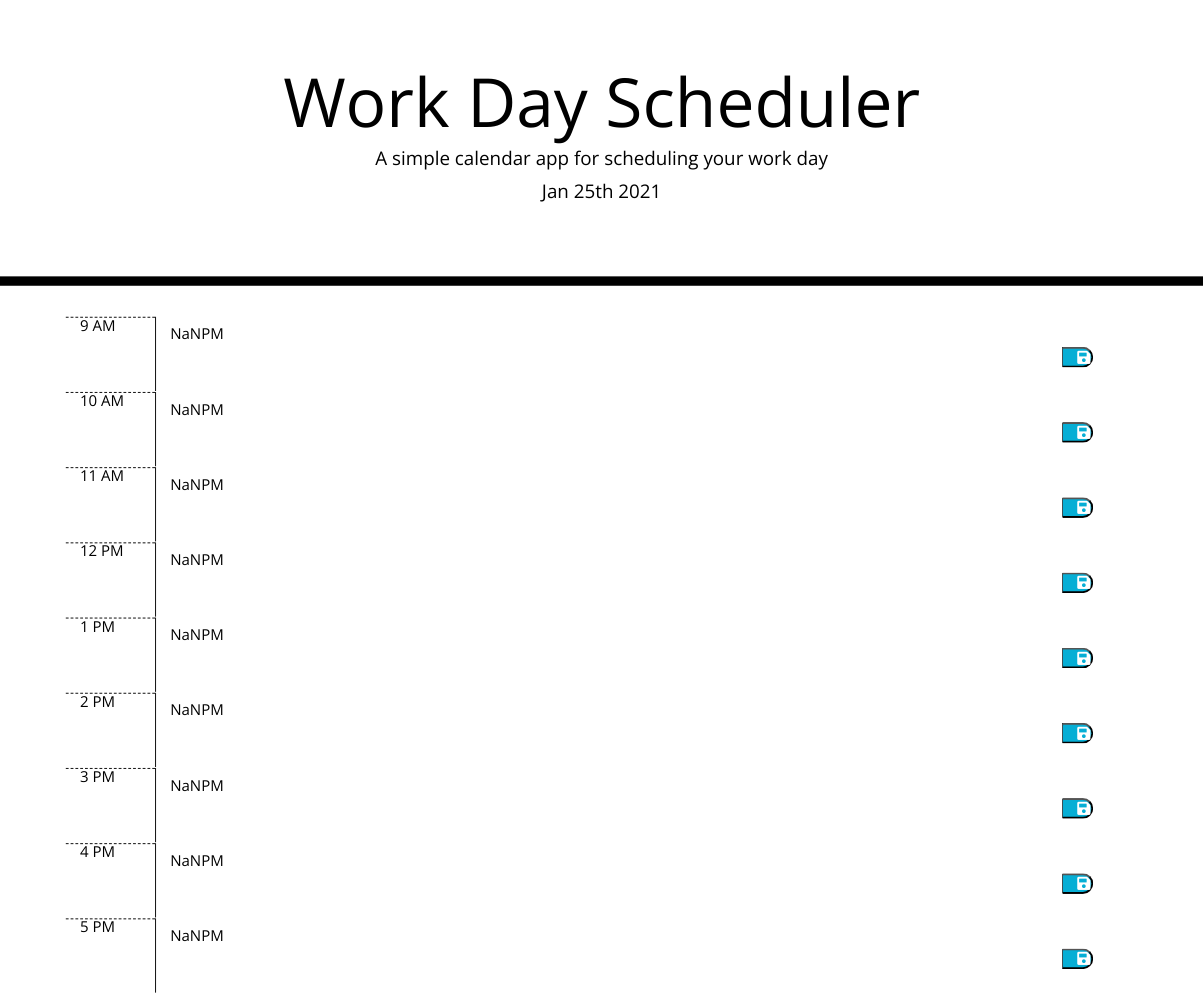
Repository: UPye/workDayScheduler
Page: index.html
The author's editor kept a copy of each file at every save. The page is drawn from the files as they stood at one save, then again after the next save.
The browser window is 1280 px wide. The pictures show the whole page, at 94% of full size.
Some web libraries are served in a nearby version.

Above is the page before, as saved 2021-01-25 21:58:53.

After the next save:
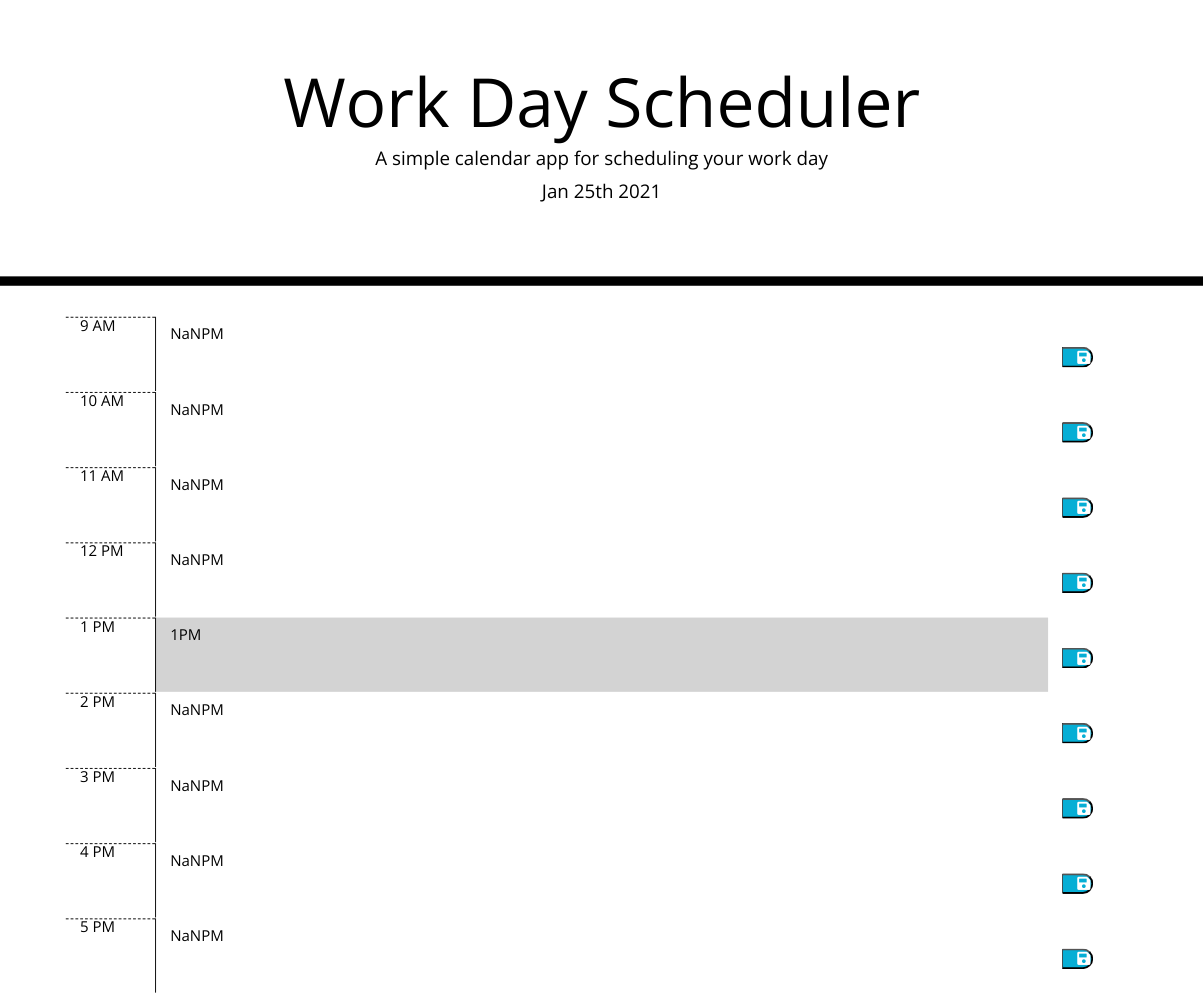
Saved 19 s later.
--- a/index.html
+++ b/index.html
@@ -61,7 +61,7 @@
       </section>
       <section class="row timeblocks">
         <div class="col-1 hour">1 PM</div>
-        <textarea id="hour-1" data-id="" class="task col-10" placeholder="" autocomplete="off"></textarea>
+        <textarea id="hour-1" data-id="1" class="task col-10" placeholder="" autocomplete="off"></textarea>
         <div class="col-1 save">
           <button type="button" id="save-1" data-id="1" class="saveBtn col-1"><i class="fas fa-save"></i></button>
         </div>
